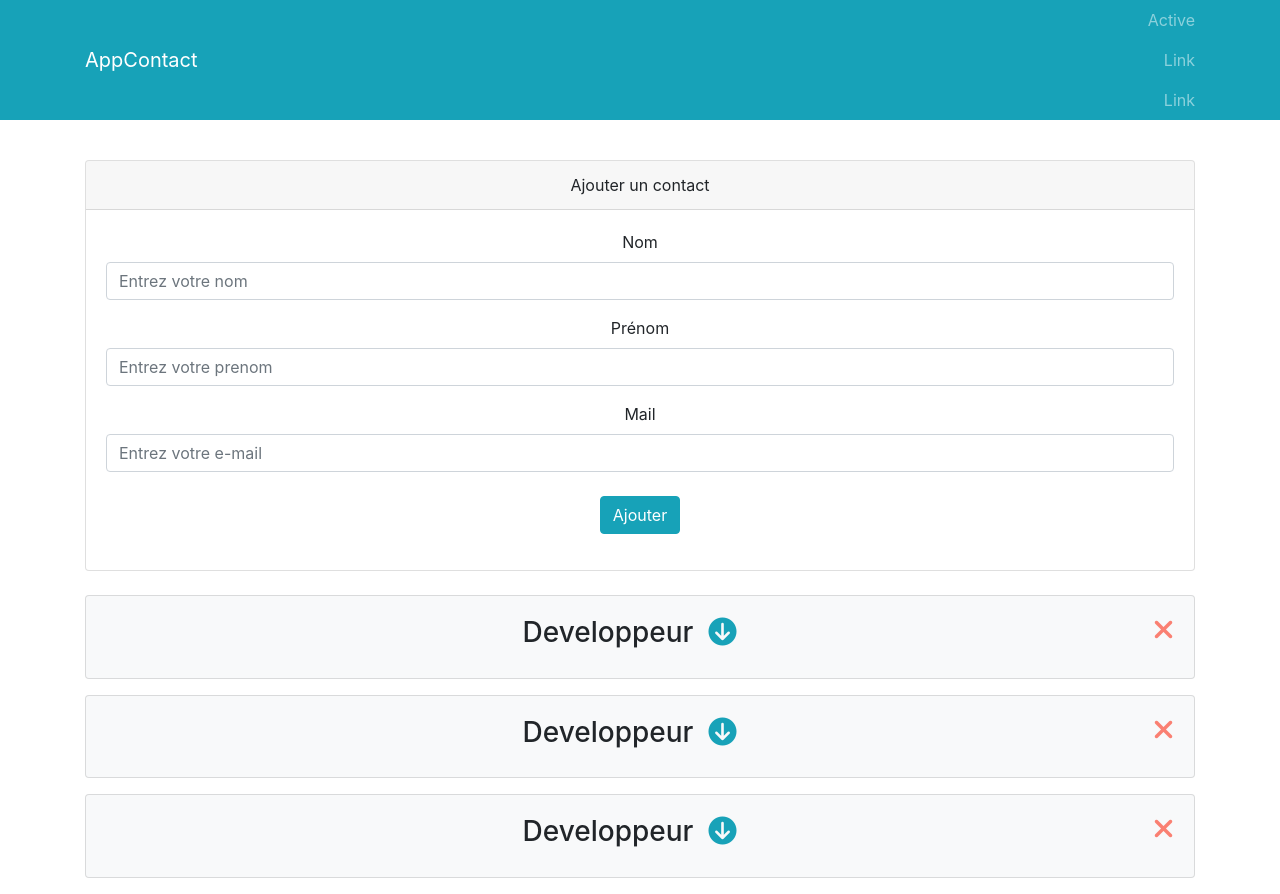
Repository: romgrm/appContact
Page: /
These files come from the project's save history. The page is drawn as it stood at one moment and after the next save; the edit follows.
The browser window is 1280 px wide. The pictures show the whole page.
Some web libraries are served in a nearby version. The project was rebuilt for these pictures with package versions that can differ from the ones it lists, and the page was loaded fresh each time.

Above is the page before, as saved 2020-12-04 15:20:39.

After the next save:
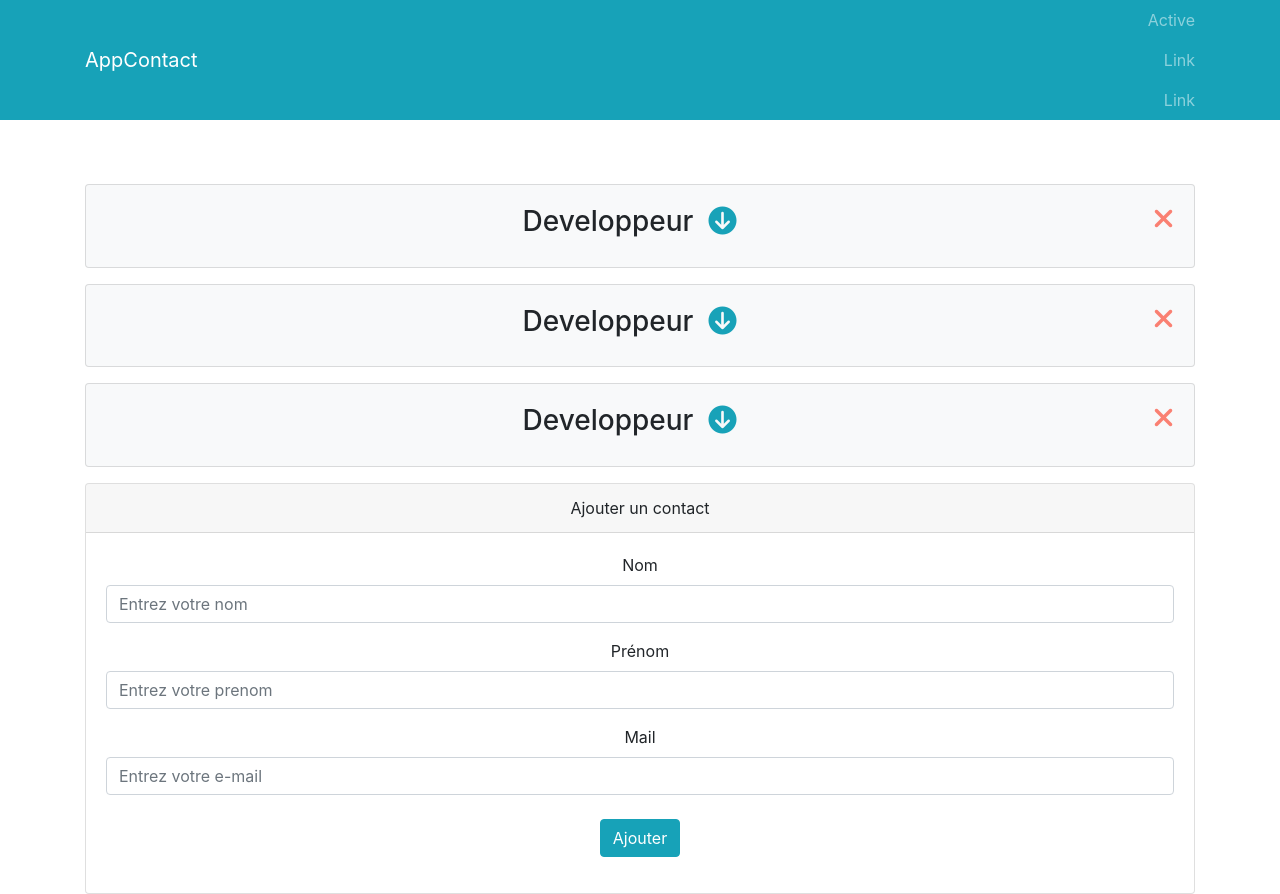
Saved 82 s later.
--- a/src/App.js
+++ b/src/App.js
@@ -17,10 +17,11 @@ function App() {
         <div className="App">
           <Header />
           <div className="container pt-4">
-            <AddContact />
+
           </div>
           <div className="container pt-4">
             <Liste />
+            <AddContact />
           </div>
         </div>
       </Router>
